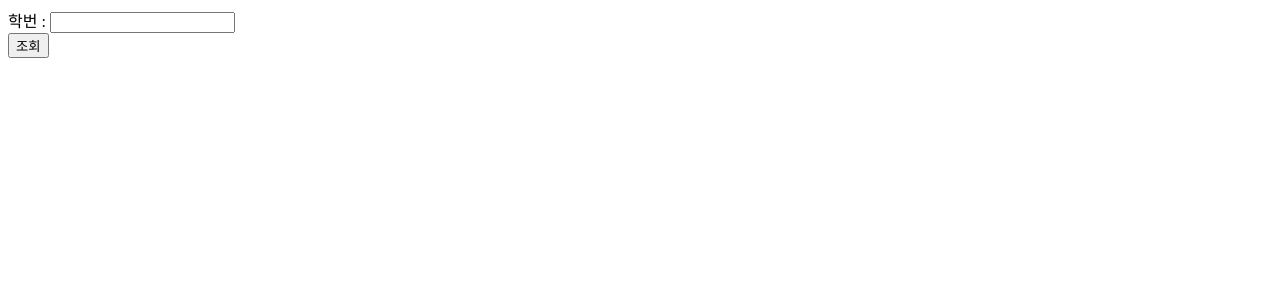
Repository: GitOnibi/jsp
Page: http://localhost/JSPprojec/school/score_input.jsp
These files come from the project's save history. The page is drawn as it stood at one moment and after the next save; the edit follows.
The browser window is 1280 px wide. The pictures show the whole page.
The page is served by Tomcat 9. Other server files are loaded and not shown.

Above is the page before, as saved 2019-01-09 11:14:58.

### JSPprojec/WebContent/school/score_input.jsp
<%@ page language="java" contentType="text/html; charset=UTF-8" pageEncoding="UTF-8"%>
<%@ taglib prefix="c" uri="http://java.sun.com/jsp/jstl/core" %>
<%@ taglib prefix="sql" uri="http://java.sun.com/jsp/jstl/sql" %>
<!DOCTYPE html>
<html>
<head>
<meta charset="UTF-8">
<title>Insert title here</title>
</head>
<body>
	<form id="frm1">
		학번 : <input type="number" name="stu_num" id="stu_num1"/><br />
		<input type="button" value="조회" onclick="ref();"/>
	</form>
	<form action="score_check.jsp" method="GET"  id="frm2" style="display:none;">
		학번 : <input type="number" name="stu_num" id="stu_num2"/><br />
		이름 : <input type="text" name="stu_name" id="stu_name"/><br />
		과목코드 : <input type="text" name="dep_code" id="dep_code"/><br />
		점수 : <input type="number" name="dep_score" id="dep_score"/><br />
		<input type="submit" value="입력"/>
	</form>
</body>
</html>

After the next save:
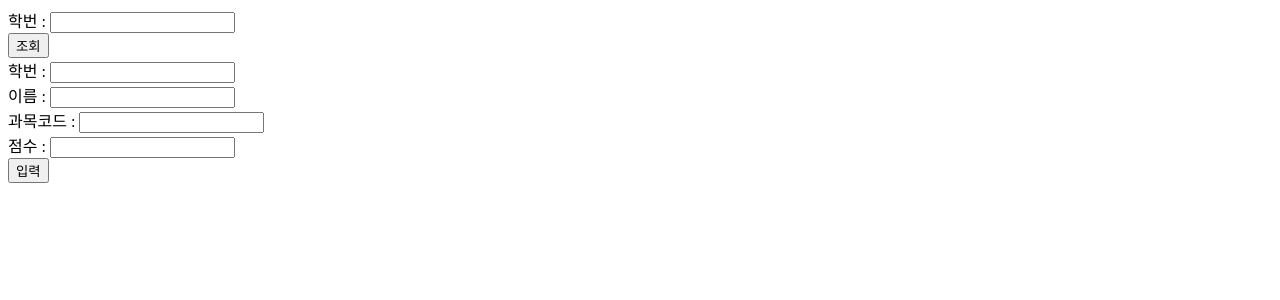
Saved 11 s later.
--- a/JSPprojec/WebContent/school/score_input.jsp
+++ b/JSPprojec/WebContent/school/score_input.jsp
@@ -12,7 +12,7 @@
 		학번 : <input type="number" name="stu_num" id="stu_num1"/><br />
 		<input type="button" value="조회" onclick="ref();"/>
 	</form>
-	<form action="score_check.jsp" method="GET"  id="frm2" style="display:none;">
+	<form action="score_check.jsp" method="GET">
 		학번 : <input type="number" name="stu_num" id="stu_num2"/><br />
 		이름 : <input type="text" name="stu_name" id="stu_name"/><br />
 		과목코드 : <input type="text" name="dep_code" id="dep_code"/><br />
